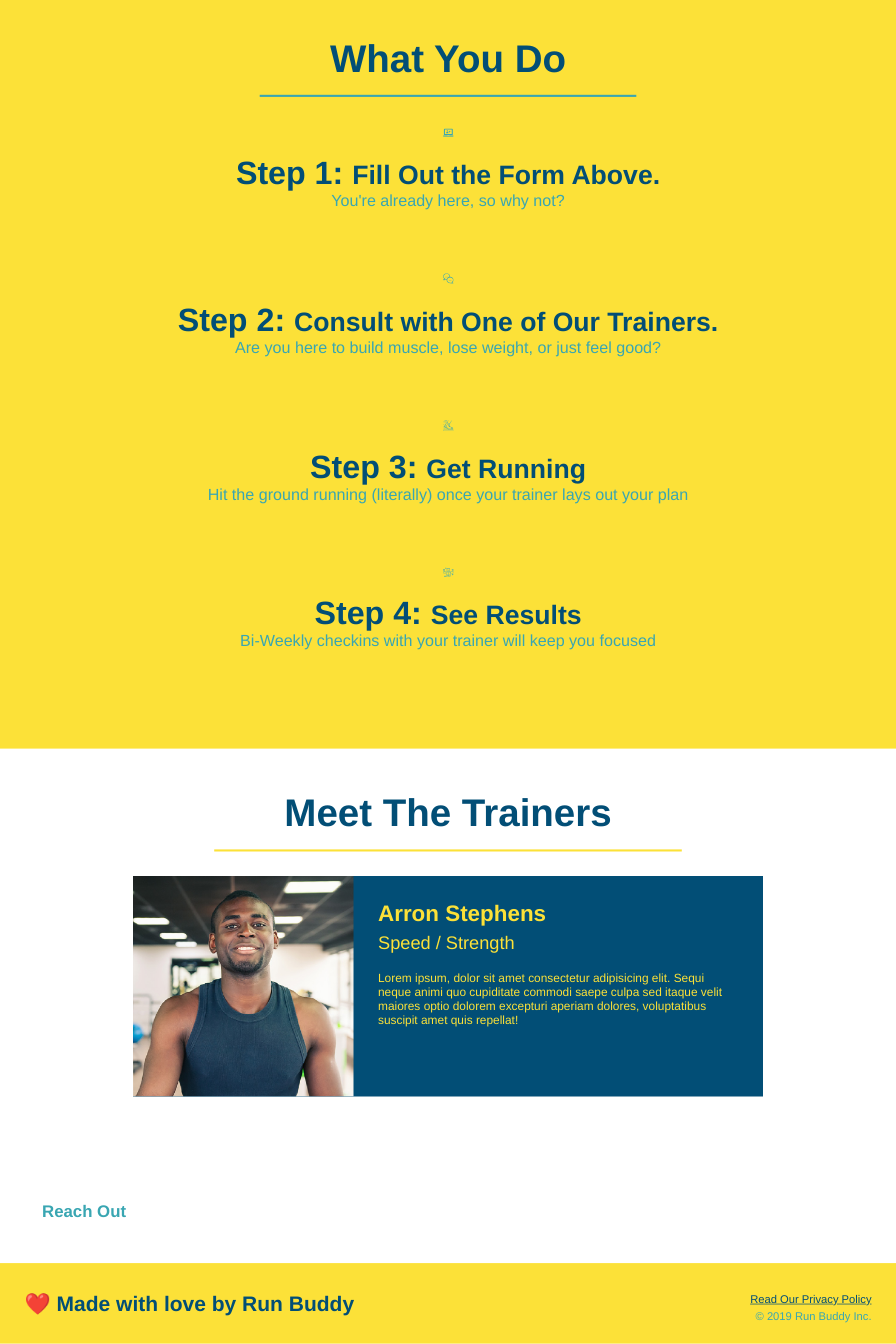
Repository: symlara/run-buddy
Page: index.html
An editor plug-in stored every save of this project. The page is shown before and after a run of saves, followed by the edit.
The browser window is 1280 px wide. The pictures show the part of the page from y = 1188 to 3108 px (the page is 3108 px tall), at 70% of full size.

Above is the page before, as saved 2020-12-10 14:34:53.

After the next 2 saves:
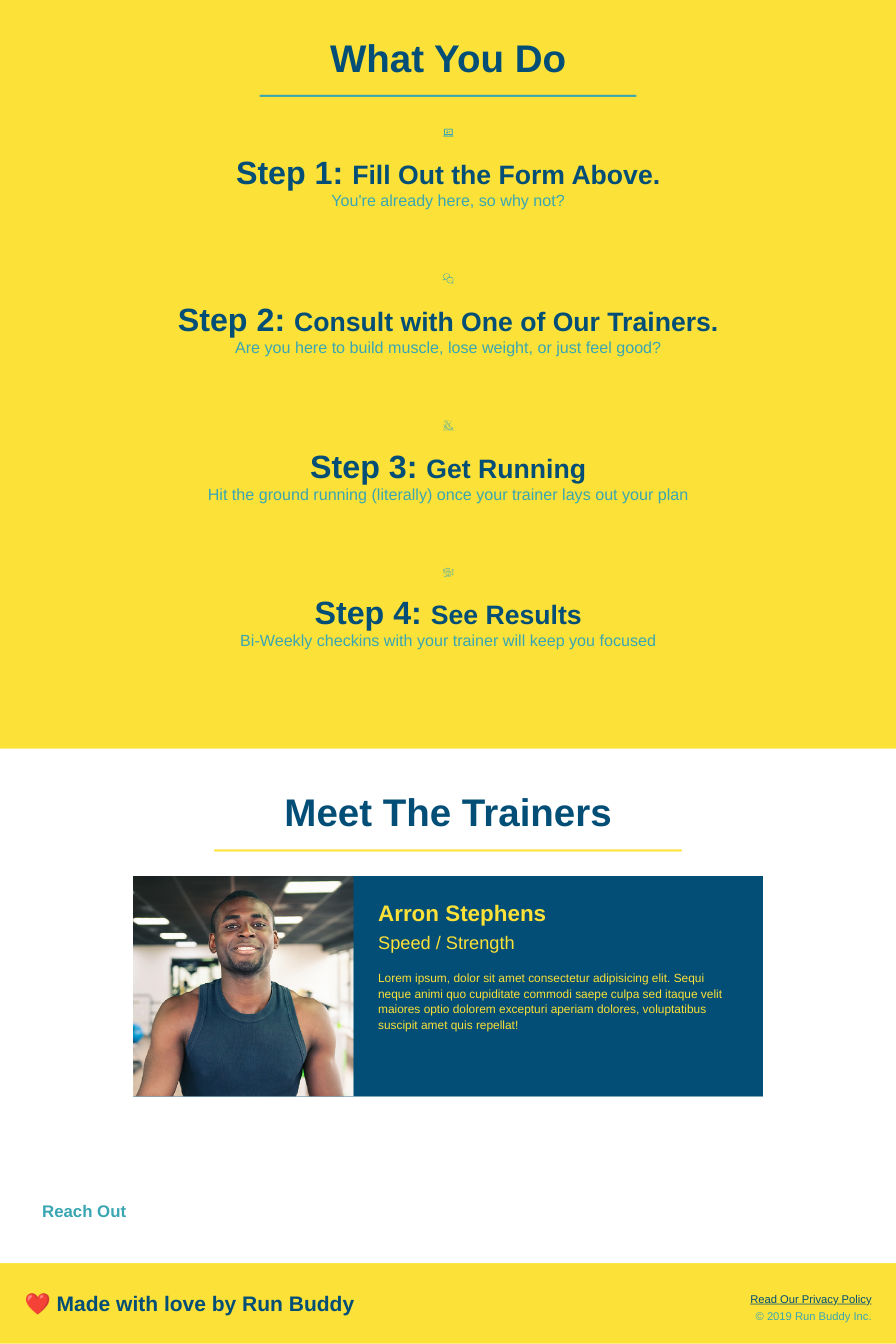
The 2 saves are shown as one change because they came seconds apart.
The last was saved 6 s later.
--- a/assets/css/style.css
+++ b/assets/css/style.css
@@ -236,6 +236,6 @@ section {
 
 .trainer-bio p {
     font-size: 17px;
-
+    line-height: 1.3;
 }
 /* Your Trainers Section End */
